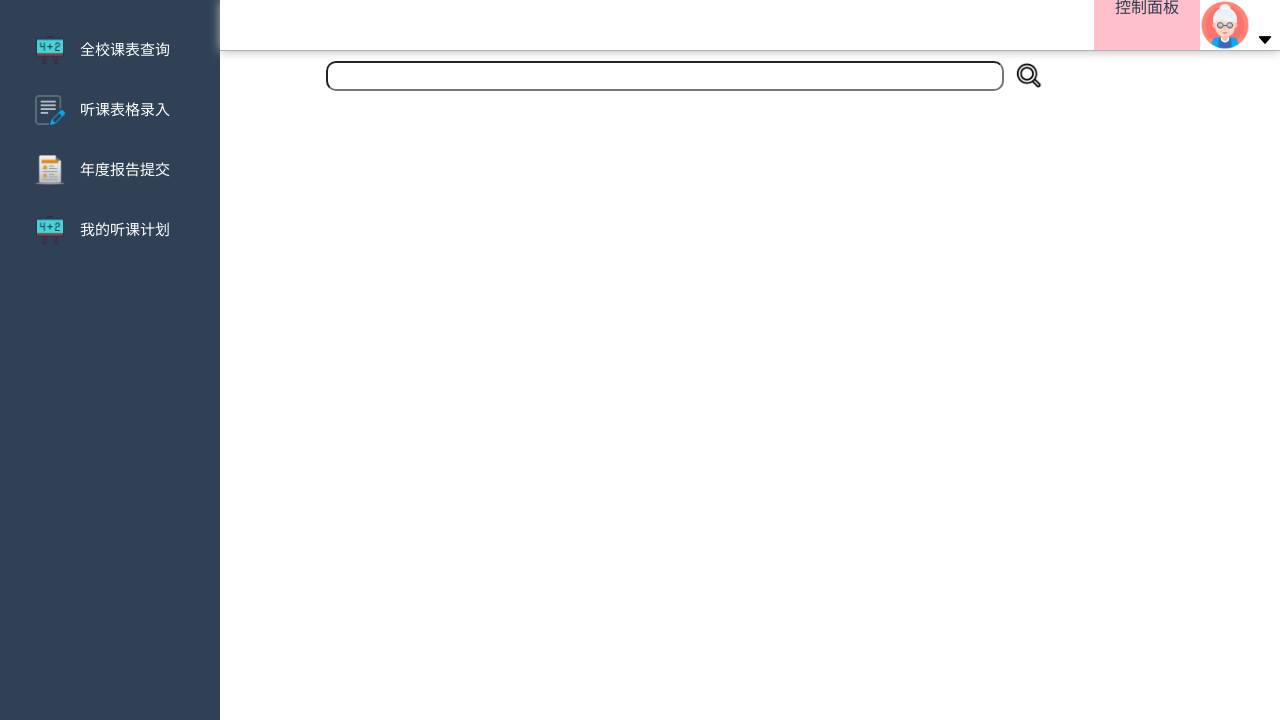
Repository: shandamengcheng/graduate-project
Page: /home
An editor plug-in stored every save of this project. The page is shown before and after the next save, followed by the edit.
The browser window is 1280 px wide. The pictures show the whole page.
The project was rebuilt for these pictures with package versions that can differ from the ones it lists, and the page was loaded fresh each time. Also part of the build but not shown: src/views/Login.vue, src/components/Record.vue, src/components/Report.vue, src/components/Plan.vue.

Above is the page before, as saved 2021-03-14 15:17:16.

### src/App.vue
<template>
  <div id="app">
    <router-view/>
  </div>
</template>

<style>
* {
  margin: 0;
  padding: 0;
  -webkit-box-sizing: inherit;
  box-sizing: inherit;
}

#app, html, body{
  font-family: Avenir, Helvetica, Arial, sans-serif;
  -webkit-font-smoothing: antialiased;
  -moz-osx-font-smoothing: grayscale;
  text-align: center;
  color: #2c3e50;
  height: 100%;
  overflow: hidden;
}

</style>

### src/router/index.js
import Vue from 'vue'
import VueRouter from 'vue-router'
import Home from '../views/Home.vue'
import Login from '../views/Login.vue';
import Search from '../components/Search.vue';
import Record from '../components/Record.vue';
import Report from '../components/Report.vue';
import Plan from '../components/Plan.vue';

Vue.use(VueRouter)

const routes = [
  {
    path: '/',
    name: 'Login',
    component: Login
  },
  {
    path: '/login',
    name: 'Login',
    component: Login
  },
  {
    path: '/home',
    name: Home,
    component: Home,
    children:[
      {
        path: '/',
        name: 'Search',
        component: Search,
      },
      {
        path: 'search',
        name: 'Search',
        component: Search,
      },
      {
        path: 'record',
        name: 'Record',
        component: Record
      },
      {
        path: 'Report',
        name: 'Report',
        component: Report
      },
      {
        path: 'Plan',
        name: 'Plan',
        component: Plan
      },
    ]
  }
]

const router = new VueRouter({
  mode: 'history',
  base: process.env.BASE_URL,
  routes
})

export default router

### src/views/Home.vue
<template>
  <div class="home">
    <SideBar @changeView="navigationToView" />
    <div class="main">
      <NavigationBar />
      <router-view />
      <!-- <Search /> -->
    </div>
  </div>
</template>

<script>
// @ is an alias to /src
import Login from "@/views/Login";
import SideBar from "@/components/SideBar";
import NavigationBar from "@/components/NavigationBar";
import Search from "@/components/Search";

export default {
  name: "Home",
  components: {
    Login,
    SideBar,
    NavigationBar,
    Search,
  },
  data() {
    return {
      // isShowMenu: false, // 用来控制头像旁menu的隐藏
    }
  },
  methods: {
    navigationToView: function(path) {
      if (location.pathname == `/home/${path}`) return;
      this.$router.push(`/home/${path}`);
    },
  },
};
</script>

<style scoped>
.home {
  min-height: 100%;
  width: 100%;
  display: flex;
  flex-direction: row;
  /* background-color: #2d3a4b;
    color: white; */
  overflow: hidden;
}
.main {
  width: calc(100% - 220px);
  min-width: 600px;
}
</style>

### src/components/Search.vue
<template>
  <div class="search">
    <input type="search" />
    <img src="@/assets/search.png" />
  </div>
</template>

<script>
export default {
  name: "Search",
};
</script>

<style scoped>
.search {
  width: 80%;
  margin: auto;
  height: 30px;
  margin-top: 10px;
  text-align: left;
}
.search input {
  display: inline-block;
  width: 80%;
  height: 30px;
  line-height: 30px;
  border-radius: 10px;
  outline: none;
  font-size: 20px;
  padding: 0 5px;
  box-sizing: border-box;
  vertical-align: top;
}
.search img {
  display: inline-block;
  width: 30px;
  height: 30px;
  margin-left: 10px;
  cursor: pointer;
}
/* img:active {
  box-shadow: 4px 3px 5px 2px rgb(180, 178, 178);
} */
</style>

### src/components/SideBar.vue
<template>
  <div class="sidebar">
    <SideBarItem id="search" @passData="passPathToHome">
      <img src="@/assets/class.png" />
      <div>全校课表查询</div>
    </SideBarItem>
    <SideBarItem id="record" @passData="passPathToHome">
      <img src="@/assets/sheet.png" />
      <div>听课表格录入</div>
    </SideBarItem>
    <SideBarItem id="report" @passData="passPathToHome">
      <img src="@/assets/report.png" />
      <div>年度报告提交</div>
    </SideBarItem>
    <SideBarItem id="plan" @passData="passPathToHome">
      <img src="@/assets/class.png" />
      <div>我的听课计划</div>
    </SideBarItem>
  </div>
</template>

<script>
import SideBarItem from "@/components/SideBarItem";

export default {
  name: "SideBar",
  components: {
    SideBarItem,
  },
  methods: {
    passPathToHome: function(path) {
      this.$emit('changeView', path)
    }
  },
};
</script>

<style scoped>
.sidebar {
  width: 220px;
  min-width: 220px;
  height: 100vh;
  background: #304156;
  color: white;
  font-size: 15px;
  text-align: center;
  display: flex;
  flex-direction: column;
  padding-top: 20px;
}
</style>

### src/components/NavigationBar.vue
<template>
  <div class="navbar">
    <div class="title">控制面板</div>
    <img src="@/assets/avatar.png" class="avatar-img" />
    <img src="@/assets/arrow.png" class="avatar-submenu" @click="toggleMenu" />
    <ul class="avatar-menu" v-if="showMenu" @click="toggleMenu">
      <li class="home" @click="navigateToPage('home')">Home</li>
      <li @click="navigateToPage('login')">Log Out</li>
    </ul>
  </div>
</template>

<script>
export default {
  name: "NavigationBar",
  data() {
    return {
      showMenu: false,
    };
  },
  methods: {
    toggleMenu: function() {
      this.showMenu = !this.showMenu;
    },
    navigateToPage: function(path) {
      if (location.pathname == `/${path}`) return;
      this.$router.push(`/${path}`);
    },
  },
};
</script>

<style scoped>
.navbar {
  width: 100%;
  height: 50px;
  display: flex;
  position: relative;
  justify-content: flex-end;
  border-bottom: 0.5px solid rgb(180, 178, 178);
  box-shadow: 0px 0px 10px rgb(180, 178, 178);
}
.navbar img {
  display: inline-block;
  height: 100%;
  width: 50px;
  border-radius: 10px;
}
.navbar .avatar-submenu {
  width: 20px;
  height: 20px;
  margin: 30px 5px 0px 5px;
}
.avatar-menu {
  position: absolute;
  top: 60px;
  right: 5px;
  width: 90px;
  border: 0.5px solid rgba(180, 178, 178, 0.5);
  list-style-type: none;
  padding: 0;
  border-radius: 10px;
}
.avatar-menu li {
  height: 50px;
  line-height: 50px;
  cursor: pointer;
}
.home {
  border-bottom: 0.5px solid rgba(180, 178, 178, 0.5);
}
.title {
  margin-left: 0;
  width: 10%;
  background: pink;
  line-height: 100%;
}
</style>

### src/components/SideBarItem.vue
<template>
  <div class="sidebar-item" @click="showSearchView">
    <slot>默认列表项</slot>
  </div>
</template>

<script>
export default {
  name: "SideBarItem",
  methods: {
    showSearchView: function() {
      this.$router.push('/home/search');
    }
  }
}
</script>

<style scoped>
.sidebar-item {
  height: 60px;
  padding: 0 10px;
  line-height: 60px;
  border: none;
  outline: none;
  cursor: pointer;
  display: flex;
  justify-content: center;
}
.sidebar-item img {
  /* display: inline-block; */
  align-self: center;
  height: 50%;
  vertical-align: middle;
  width: 15%;
  /* margin-right: 5px; */
}
.sidebar-item div {
  width: 60%;
  /* display: inline-block; */
}
</style>

Loaded but not shown: public/index.html (common file); src/main.js (common file); src/store/index.js (common file)

After the next save:
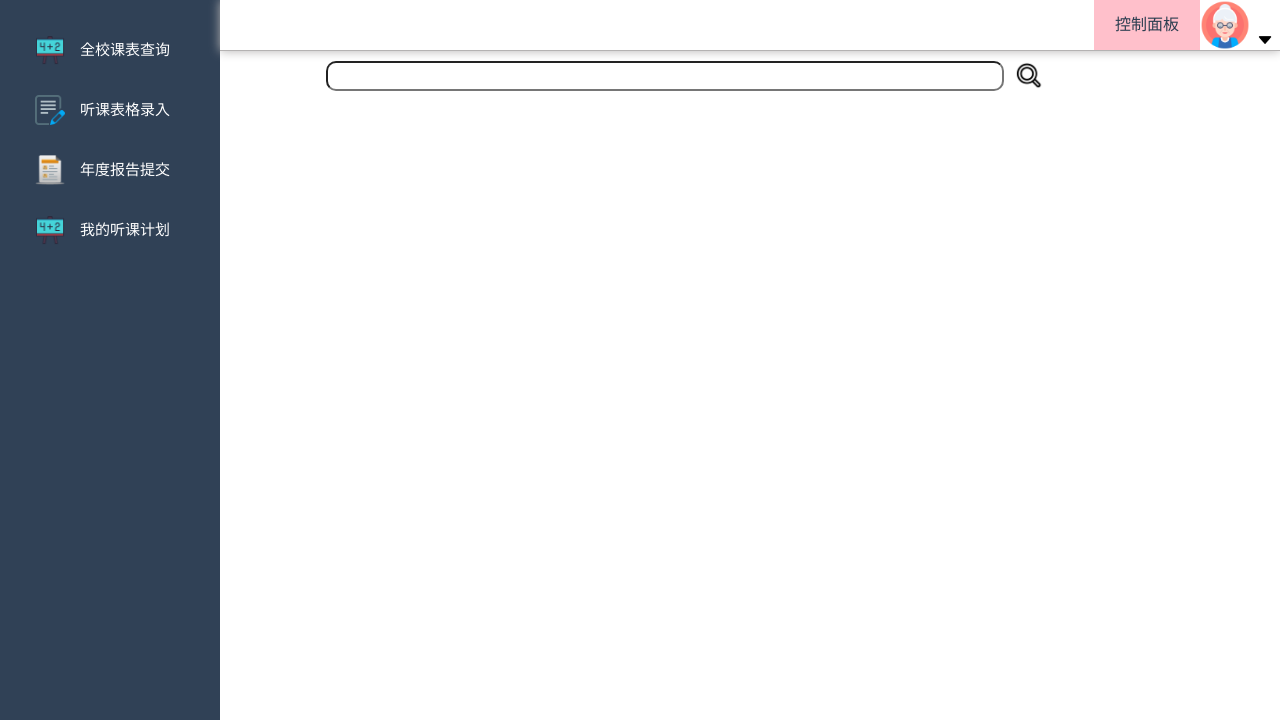
Saved 13 s later.
--- a/src/components/NavigationBar.vue
+++ b/src/components/NavigationBar.vue
@@ -73,6 +73,6 @@ export default {
   margin-left: 0;
   width: 10%;
   background: pink;
-  line-height: 100%;
+  line-height: 50px;
 }
 </style>
